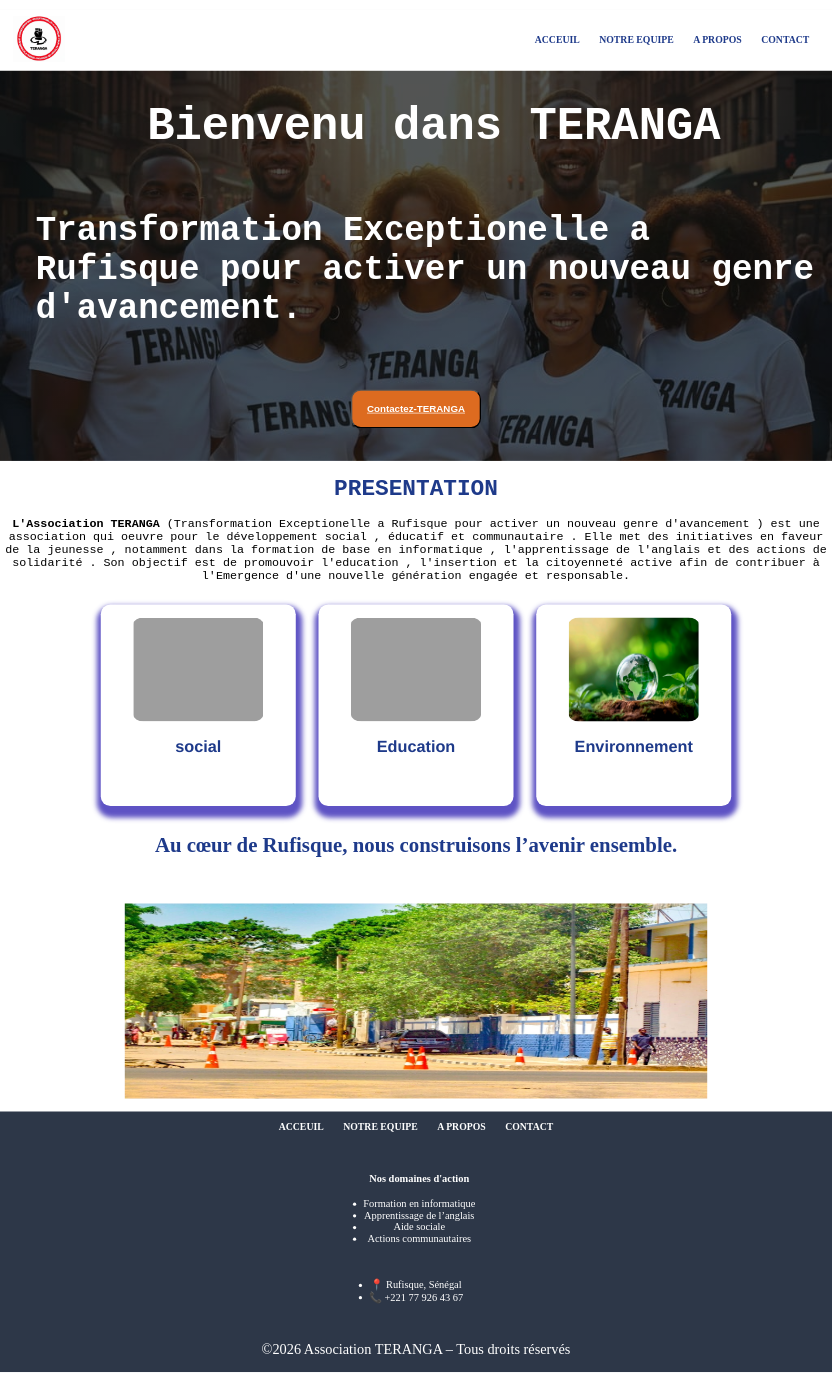
Repository: assanendao171/projet-teranga
Page: index.html
An editor plug-in stored every save of this project. The page is shown before and after the next save, followed by the edit.
The browser window is 1280 px wide. The pictures show the whole page, at 65% of full size.
Pictures or frames that could not be fetched are drawn as grey boxes.

Above is the page before, as saved 2026-02-14 13:37:56.

After the next save:
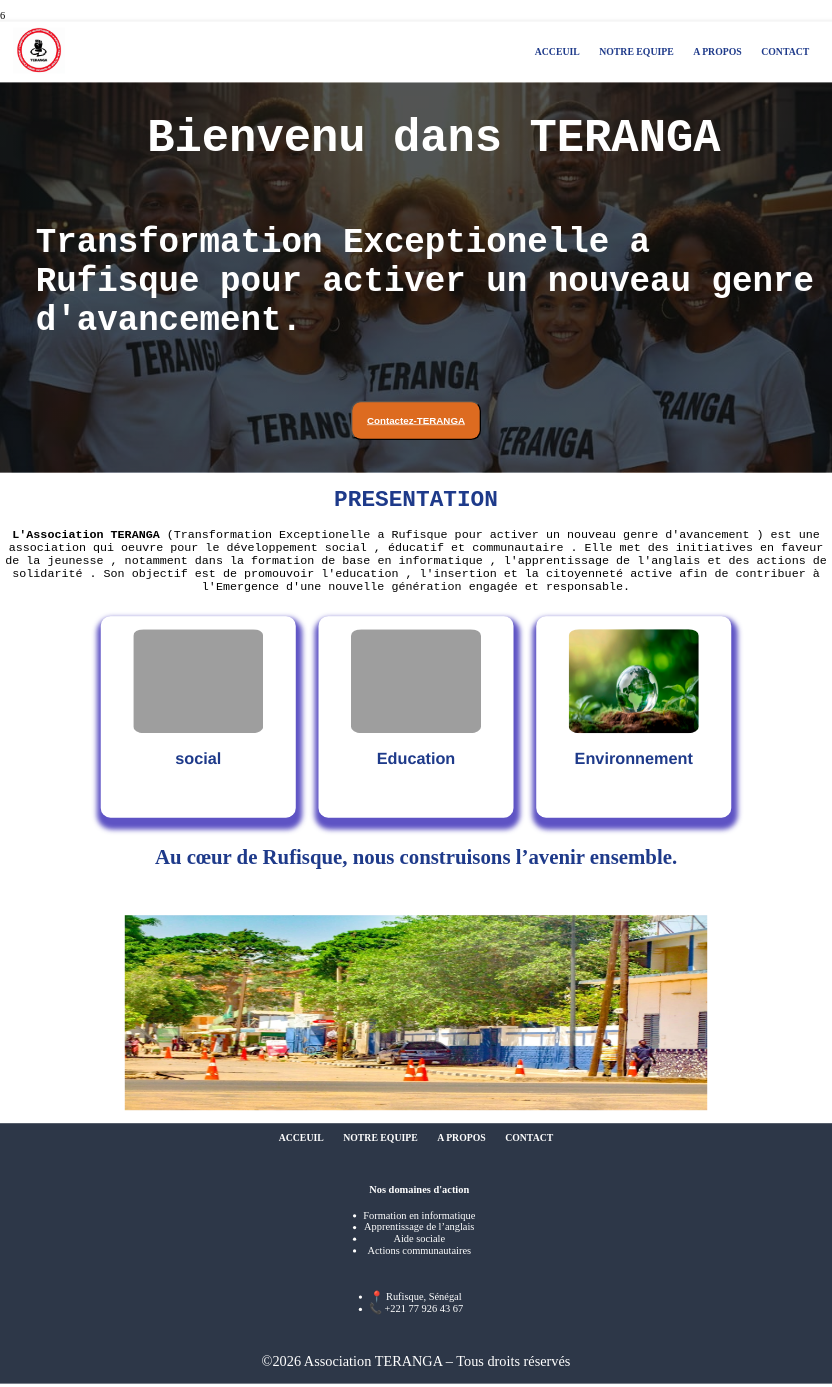
Saved 82 min 30 s later.
--- a/index.html
+++ b/index.html
@@ -7,7 +7,7 @@
     <link rel="stylesheet" href="acceuil.css" />
   </head>
   <body>
-    <!-- l'entete -->
+  6  <!-- l'entete -->
     <header>
       <!-- logo -->
        <div class="contain-logo">
